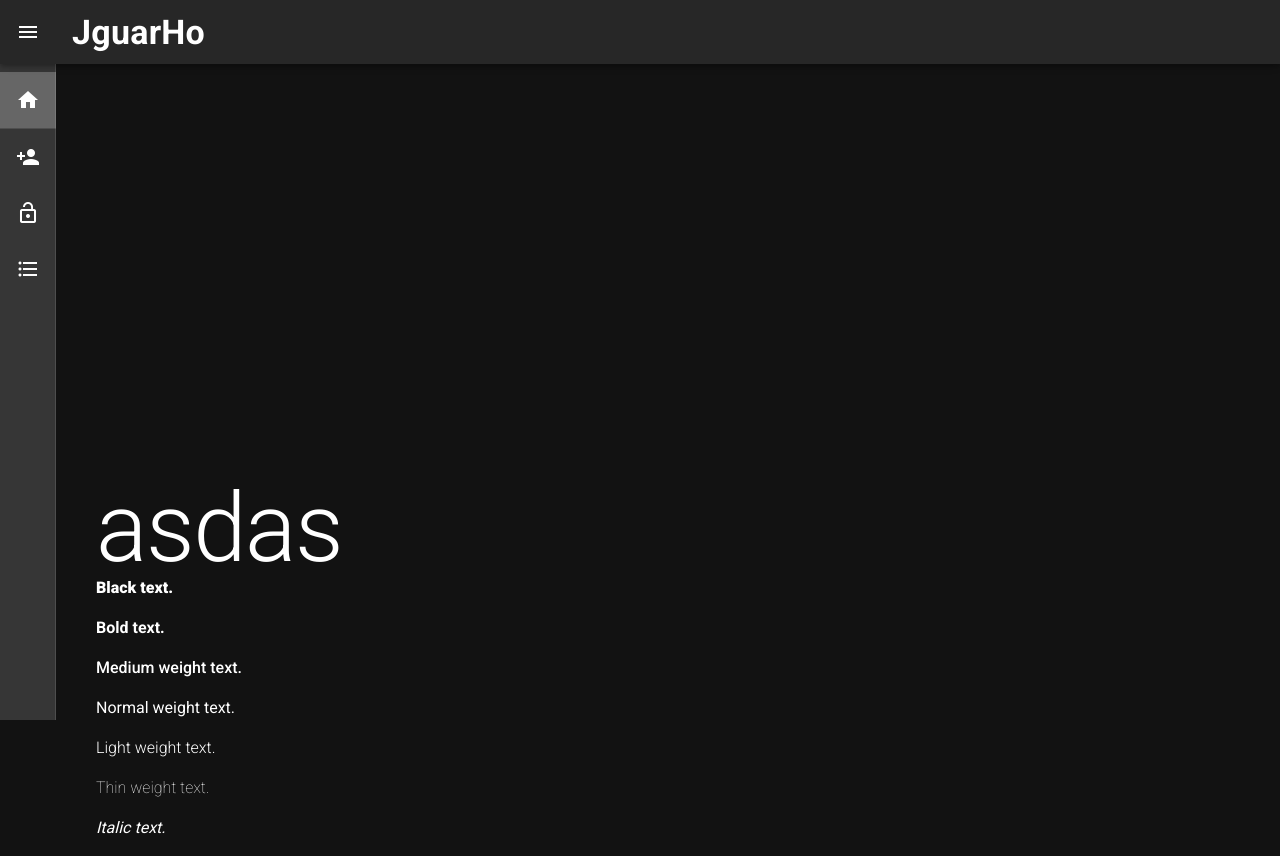
Repository: agent501/MRMS
Page: /
These files come from the project's save history. The page is drawn as it stood at one moment and after the next save; the edit follows.
The browser window is 1280 px wide. The pictures show the whole page.
The page's requests for data from a server got no answer. The project was rebuilt for these pictures with package versions that can differ from the ones it lists, and the page was loaded fresh each time. No one was signed in, and anything a server would have sent is missing. Also part of the build but not shown: vue.config.js, src/components/Product/products.vue, src/components/Product/product.vue, src/components/Product/createproduct.vue, src/components/User/signin.vue, src/components/User/signup.vue, src/components/User/profile.vue, src/components/Shared/Alert.vue and 2 more. Imported but missing from the stored project, and not drawn on this page: src/router/auth-guard.js.

Above is the page before, as saved 2020-07-29 16:47:43.

After the next save:
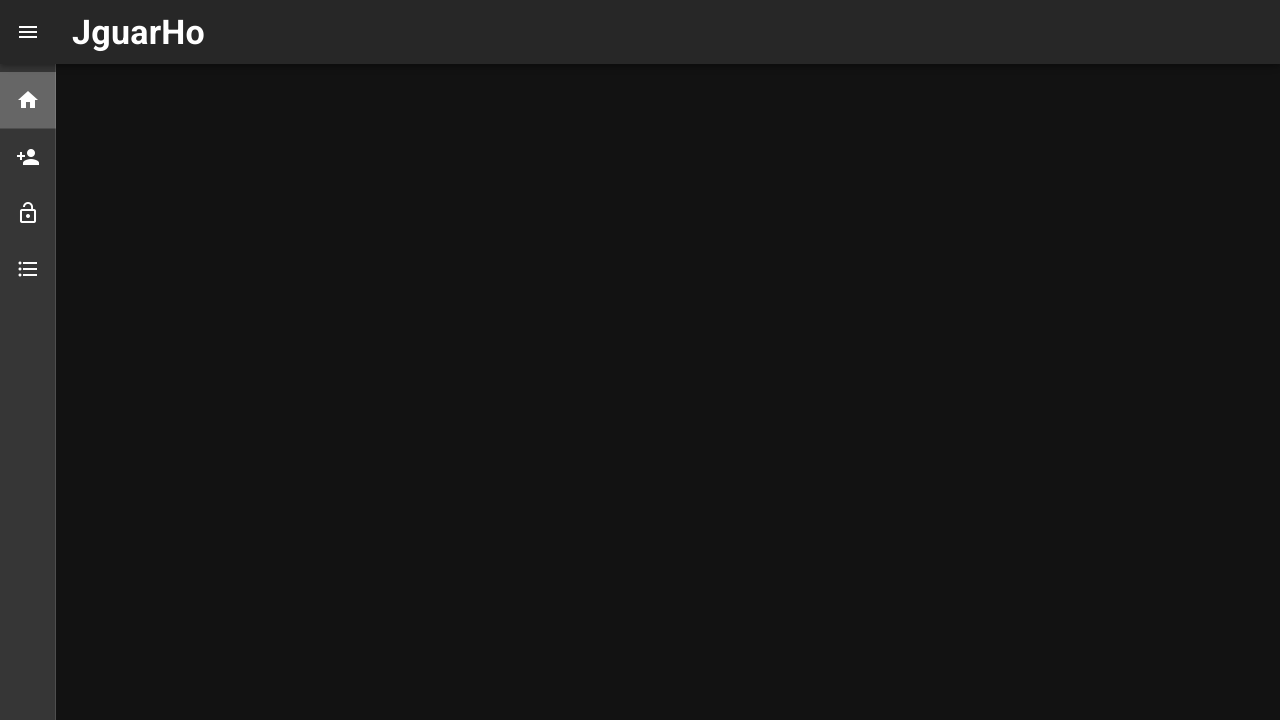
Saved 26 s later.
--- a/src/components/Home.vue
+++ b/src/components/Home.vue
@@ -33,16 +33,67 @@
       </v-carousel-item>
     </v-carousel>
 
-    <div>
-      <div class="text-lg-h1">asdas</div>
-      <p class="font-weight-black">Black text.</p>
-      <p class="font-weight-bold">Bold text.</p>
-      <p class="font-weight-medium">Medium weight text.</p>
-      <p class="font-weight-regular">Normal weight text.</p>
-      <p class="font-weight-light">Light weight text.</p>
-      <p class="font-weight-thin">Thin weight text.</p>
-      <p class="font-italic">Italic text.</p>
-    </div>
+    <v-item-group mandatory>
+      <v-sheet class="overflow-y-auto" max-height="600" tile>
+        <v-item
+          v-for="[
+          c,
+          text,
+          size,
+          weight,
+          spacing,
+          margin
+        ] in classes"
+          :key="c"
+        >
+          <template v-slot="{ active, toggle }">
+            <v-sheet
+              :color="active ? 'grey lighten-4' : undefined"
+              class="px-4 pt-4 pb-3"
+              tile
+              style="cursor: pointer;"
+              @click="toggle"
+            >
+              <div
+                :class="[`text-${c}`, active && `mb-${margin}`]"
+                class="transition-swing"
+                v-text="text"
+              ></div>
+
+              <v-expand-transition>
+                <v-responsive v-if="active" max-width="350">
+                  <div class="d-flex justify-space-between caption">
+                    <div>
+                      <div class="grey--text mb-2">Font</div>
+
+                      <div class="font-weight-medium">Roboto</div>
+                    </div>
+
+                    <div>
+                      <div class="grey--text mb-2">Weight</div>
+
+                      <div class="font-weight-medium" v-text="weight"></div>
+                    </div>
+
+                    <div>
+                      <div class="grey--text mb-2">Size</div>
+
+                      <div class="font-weight-medium" v-text="size"></div>
+                    </div>
+
+                    <div>
+                      <div class="grey--text text-darken-1 mb-2">Letter spacing</div>
+
+                      <div class="font-weight-medium" v-text="spacing"></div>
+                    </div>
+                  </div>
+                </v-responsive>
+              </v-expand-transition>
+            </v-sheet>
+          </template>
+        </v-item>
+      </v-sheet>
+    </v-item-group>
   </div>
 </template>
 
